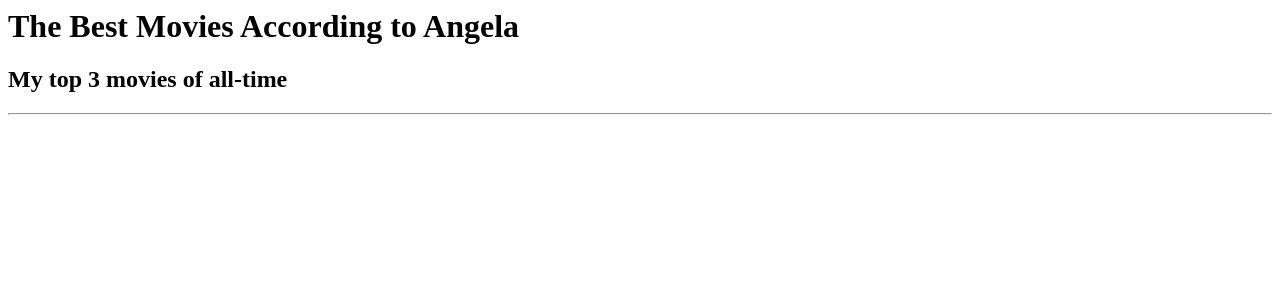
Repository: arzeee/Web_Course
Page: 2.4+Movie+Ranking+Project/2.4 Movie Ranking Project/index.html
These files come from the project's save history. The page is drawn as it stood at one moment and after the next save; the edit follows.
The browser window is 1280 px wide. The pictures show the whole page.

Above is the page before, as saved 2024-12-01 16:55:19.

### 2.4+Movie+Ranking+Project/2.4 Movie Ranking Project/index.html
<!-- Write your code below -->
<h1>The Best Movies According to Angela</h1>
<h2>My top 3 movies of all-time</h2>
<hr>
<h3></h3>

After the next save:
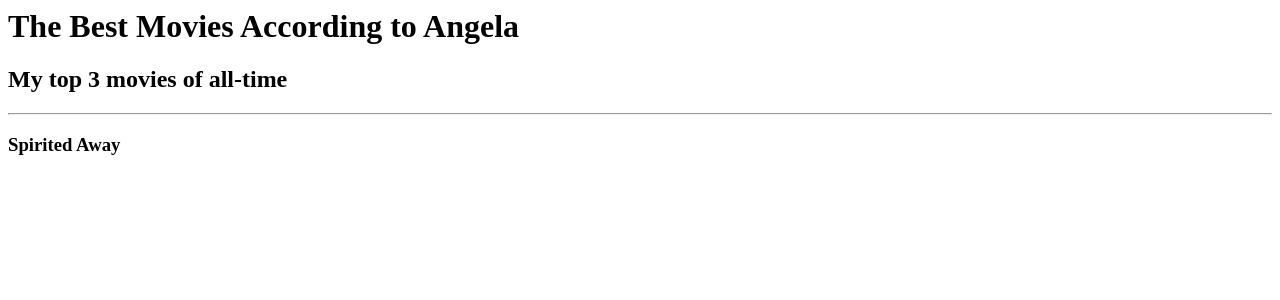
Saved 5 s later.
--- a/2.4+Movie+Ranking+Project/2.4 Movie Ranking Project/index.html
+++ b/2.4+Movie+Ranking+Project/2.4 Movie Ranking Project/index.html
@@ -2,4 +2,4 @@
 <h1>The Best Movies According to Angela</h1>
 <h2>My top 3 movies of all-time</h2>
 <hr>
-<h3></h3>
+<h3>Spirited Away</h3>
